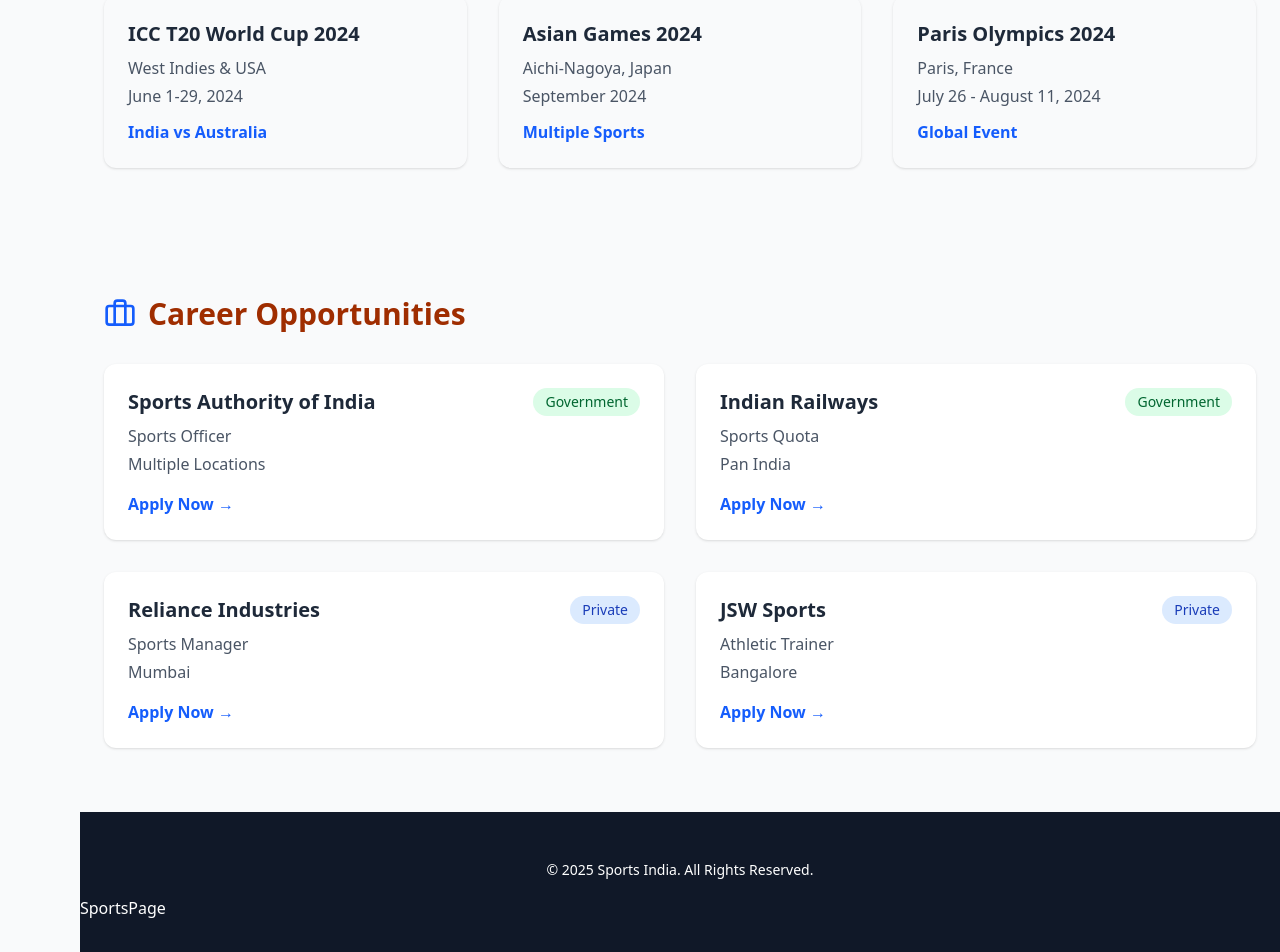
Repository: Shovon0004/Athlete
Page: / (app in Athlete/), after clicking the first element matching `button.hover\:bg-orange-700`
An editor plug-in stored every save of this project. The page is shown before and after the next save, followed by the edit.
The browser window is 1280 px wide. The pictures show the part of the page from y = 736 to 1688 px (the page is 1688 px tall before and 1664 px after).
The project was rebuilt for these pictures with package versions that can differ from the ones it lists, and the page was loaded fresh each time. Also part of the build but not shown: Athlete/vite.config.js.

Above is the page before, as saved 2025-01-26 12:47:10.

### Athlete/src/App.jsx
import { useState } from 'react'
import SideNavbar from './components/SideNavbar'
import HeroPage from './components/HeroPage'

import './App.css'

function App() {


  return (
    <>
      <SideNavbar />
      <HeroPage />
    </>
  )
}

export default App

### Athlete/src/components/SideNavbar.jsx
import React, { useState } from 'react';
import {
  Home,
  User,
  BarChart2,
  Shield,
  DollarSign,
  Menu
} from 'lucide-react';

const SideNavbar = () => {
  const [isExpanded, setIsExpanded] = useState(false);

  const navItems = [
    { icon: Home, label: 'Dashboard', href: '/' },
    { icon: User, label: 'Athletes', href: '/athletes' },
    { icon: BarChart2, label: 'Performance', href: '/performance' },
    { icon: Shield, label: 'Injuries', href: '/injuries' },
    { icon: DollarSign, label: 'Financial', href: '/financial' }
  ];

  return (
    <div
      className={`h-screen bg-gray-900 text-white transition-all duration-300
        ${isExpanded ? 'w-64' : 'w-20'} fixed left-0 top-0 z-50`}
    >
      <div className="flex flex-col h-full">
        {/* Logo & Toggle */}
        <div className="flex items-center justify-between p-4  border-orange-700">
          {isExpanded && (
            <div className="text-xl font-bold">Athlete Hub</div>
          )}
          <button
            onClick={() => setIsExpanded(!isExpanded)}
            className="hover:bg-orange-700 p-2 rounded"
          >
            <Menu />
          </button>
        </div>

        {/* Navigation Items */}
        <nav className="flex-grow mt-4">
          <ul className="space-y-2">
            {navItems.map((item, index) => (
              <li key={index}>
                <a
                  href={item.href}
                  className={`flex items-center p-3 hover:bg-orange-700
                    ${isExpanded ? 'justify-start px-6' : 'justify-center'}`}
                >
                  <item.icon className="mr-4" />
                  {isExpanded && <span>{item.label}</span>}
                </a>
              </li>
            ))}
          </ul>
        </nav>
      </div>
    </div>
  );
};

export default SideNavbar;

### Athlete/src/components/HeroPage.jsx
import React from 'react';
import { ChevronLeft, ChevronRight, Medal, Calendar, Briefcase } from 'lucide-react';
import axios from 'axios';

import SportsPage from './SportsPage';

const schemes = [
  {
    title: "Khelo India Youth Games",
    description: "Supporting young athletes with annual scholarships of ₹5 lakhs",
    image: "https://images.unsplash.com/photo-1461896836934-ffe607ba8211?auto=format&fit=crop&q=80&w=2070"
  },
  {
    title: "Target Olympic Podium Scheme (TOPS)",
    description: "Elite athlete support program for Olympic preparation",
    image: "https://www.manoramayearbook.in/content/dam/yearbook/learn/world/images/2020/mar/Olympics-2021.jpg"
  },
  {
    title: "National Sports Development Fund",
    description: "Financial assistance for sports infrastructure and training",
    image: "https://images.unsplash.com/photo-1517649763962-0c623066013b?auto=format&fit=crop&q=80&w=2070"
  }
];

const upcomingMatches = [
  {
    event: "ICC T20 World Cup 2024",
    location: "West Indies & USA",
    date: "June 1-29, 2024",
    teams: "India vs Australia"
  },
  {
    event: "Asian Games 2024",
    location: "Aichi-Nagoya, Japan",
    date: "September 2024",
    teams: "Multiple Sports"
  },
  {
    event: "Paris Olympics 2024",
    location: "Paris, France",
    date: "July 26 - August 11, 2024",
    teams: "Global Event"
  }
];

const jobOpportunities = [
  {
    company: "Sports Authority of India",
    position: "Sports Officer",
    type: "Government",
    location: "Multiple Locations"
  },
  {
    company: "Indian Railways",
    position: "Sports Quota",
    type: "Government",
    location: "Pan India"
  },
  {
    company: "Reliance Industries",
    position: "Sports Manager",
    type: "Private",
    location: "Mumbai"
  },
  {
    company: "JSW Sports",
    position: "Athletic Trainer",
    type: "Private",
    location: "Bangalore"
  }
];

function HeroPage() {
  const [currentScheme, setCurrentScheme] = React.useState(0);

  const nextScheme = () => {
    setCurrentScheme((prev) => (prev + 1) % schemes.length);
  };

  const prevScheme = () => {
    setCurrentScheme((prev) => (prev - 1 + schemes.length) % schemes.length);
  };


  return (
    <div className="min-h-screen bg-gray-50 pl-20 dark:bg-gray-900">
      {/* Hero Section with Schemes Slider */}
      <div className="relative h-[600px] overflow-hidden">
        <div
          className="absolute inset-0 transition-transform duration-500 ease-in-out"
          style={{
            backgroundImage: `url(${schemes[currentScheme].image})`,
            backgroundSize: 'cover',
            backgroundPosition: 'center',
          }}
        >
          <div className="absolute inset-0  bg-opacity-50">
            <div className="container mx-auto px-6 h-full flex items-center">
              <div className="text-white max-w-3xl">
                <h1 className="text-5xl font-bold mb-4">{schemes[currentScheme].title}</h1>
                <p className="text-xl mb-8">{schemes[currentScheme].description}</p>
                <button className="bg-orange-700 hover:bg-orange-800 text-white px-8 py-3 rounded-lg font-semibold">
                  Learn More
                </button>
              </div>
            </div>
          </div>
        </div>
        <button
          onClick={prevScheme}
          className="absolute left-4 top-1/2 -translate-y-1/2 bg-white/30 p-2 rounded-full hover:bg-white/50 transition-colors"
        >
          <ChevronLeft className="w-6 h-6 text-white" />
        </button>
        <button
          onClick={nextScheme}
          className="absolute right-4 top-1/2 -translate-y-1/2 bg-white/30 p-2 rounded-full hover:bg-white/50 transition-colors"
        >
          <ChevronRight className="w-6 h-6 text-white" />
        </button>
      </div>

      {/* Upcoming Matches Section */}
      <section className="py-16 ">
        <div className="container mx-auto px-6">
          <div className="flex items-center mb-8">
            <Calendar className="w-8 h-8 text-blue-600 mr-3" />
            <h2 className="text-3xl font-bold text-orange-800">Upcoming Matches</h2>
          </div>
          <div className="grid md:grid-cols-3 gap-8">
            {upcomingMatches.map((match, index) => (
              <div key={index} className="bg-gray-50 rounded-xl p-6 shadow-sm hover:shadow-md transition-shadow">
                <h3 className="text-xl font-semibold text-gray-800 mb-2">{match.event}</h3>
                <p className="text-gray-600 mb-1">{match.location}</p>
                <p className="text-gray-600 mb-3">{match.date}</p>
                <p className="text-blue-600 font-semibold">{match.teams}</p>
              </div>
            ))}
          </div>
        </div>
      </section>

      {/* Career Opportunities Section */}
      <section className="py-16 bg-gray-50 dark:bg-gray-900">
        <div className="container mx-auto px-6 ">
          <div className="flex items-center mb-8 ">
            <Briefcase className="w-8 h-8 text-blue-600 mr-3" />
            <h2 className="text-3xl font-bold text-orange-800">Career Opportunities</h2>
          </div>
          <div className="grid md:grid-cols-2 gap-8 ">
            {jobOpportunities.map((job, index) => (
              <div key={index} className="bg-white rounded-xl p-6 shadow-sm hover:shadow-md transition-shadow">
                <div className="flex justify-between items-start">
                  <div>
                    <h3 className="text-xl font-semibold text-gray-800 mb-2">{job.company}</h3>
                    <p className="text-gray-600 mb-1">{job.position}</p>
                    <p className="text-gray-600">{job.location}</p>
                  </div>
                  <span className={`px-3 py-1 rounded-full text-sm font-medium ${
                    job.type === 'Government' ? 'bg-green-100 text-green-800' : 'bg-blue-100 text-blue-800'
                  }`}>
                    {job.type}
                  </span>
                </div>
                <button className="mt-4 text-blue-600 font-semibold hover:text-blue-700">
                  Apply Now →
                </button>
              </div>
            ))}
          </div>
        </div>
      </section>
      <footer className="bg-gray-900 text-white py-8">
      {/* Footer Bottom */}
      <div className="bg-gray-900 text-center py-4">
        <p className="text-sm">© 2025 Sports India. All Rights Reserved.</p>
        </div>
        <SportsPage />
    </footer>
    </div>
  );
}

export default HeroPage;

### Athlete/src/components/SportsPage.jsx
import React from 'react'

export default function SportsPage() {
  return (
    <div>SportsPage</div>
  )
}

Loaded but not shown: Athlete/index.html (common file); Athlete/src/main.jsx (common file); Athlete/src/index.css (common file); Athlete/src/App.css (common file)

After the next save:
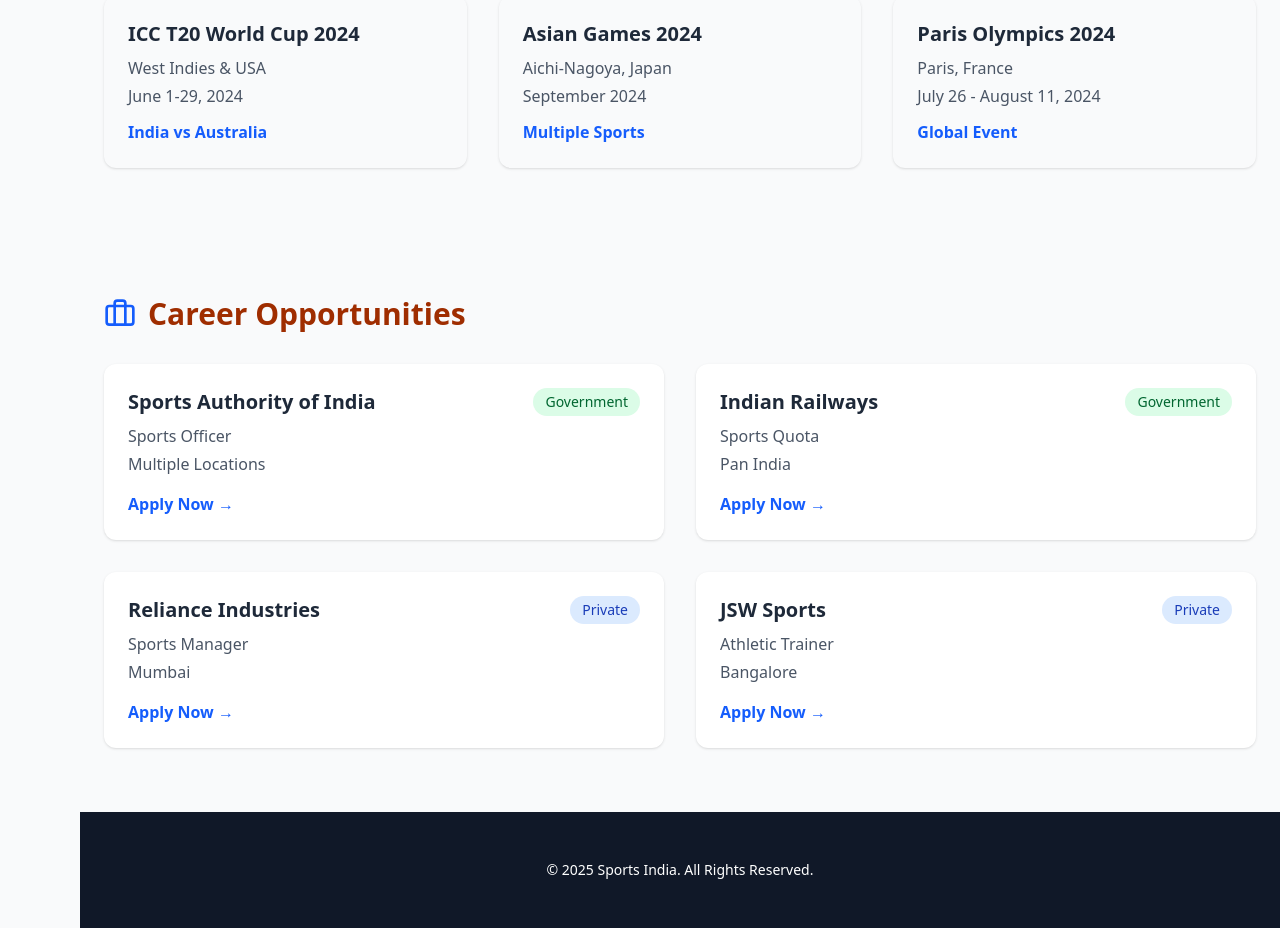
Saved 10 s later.
--- a/Athlete/src/components/SportsPage.jsx
+++ b/Athlete/src/components/SportsPage.jsx
@@ -2,6 +2,8 @@
 
 export default function SportsPage() {
   return (
-    <div>SportsPage</div>
+    <div>
+
+    </div>
   )
 }
